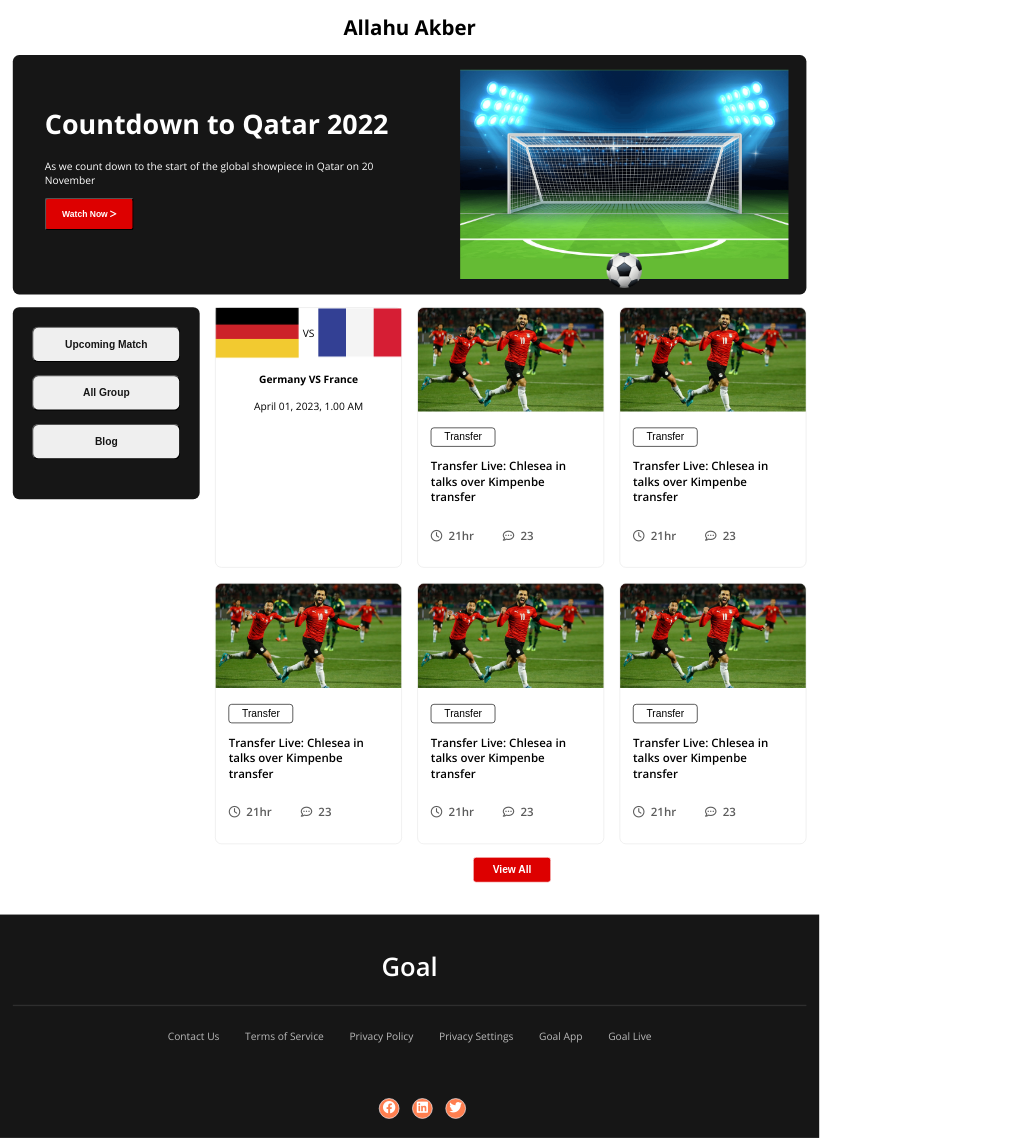
Repository: zjria/Qatar-world-cup
Page: match.html
These files come from the project's save history. The page is drawn as it stood at one moment and after the next save; the edit follows.
The browser window is 1280 px wide. The page is 1600 px wide, so the pictures cover 1600 px, including what lies to the right of the window. The pictures show the whole page, at 64% of full size.

Above is the page before, as saved 2022-09-10 10:09:02.

After the next save:
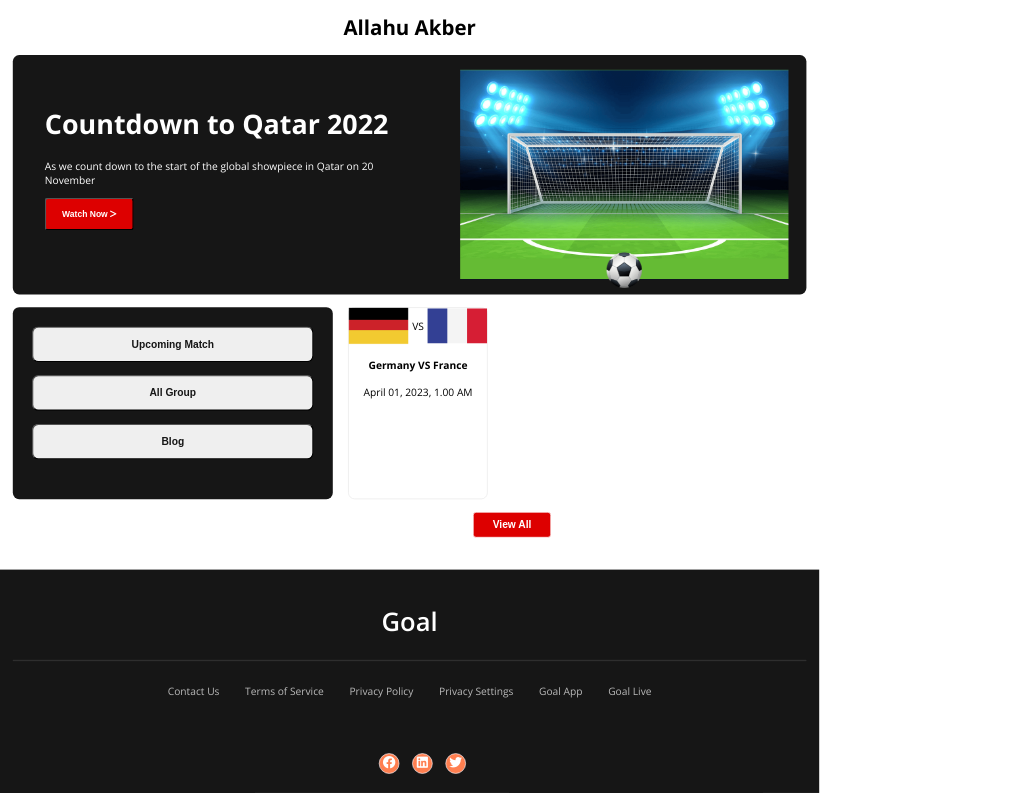
Saved 10 min 38 s later.
--- a/match.html
+++ b/match.html
@@ -58,6 +58,7 @@
 
         <!-- Main Section Start HTML  -->
         <main class="main-section">
+
             <div class="transfer">
                 <div class="match-vs">
                     <img src="images/germany Flag.png" alt=""> <span>VS</span>
@@ -67,64 +68,9 @@
                     <h4>Germany VS France </h4>
                     <p>April 01, 2023, 1.00 AM</p>
                 </div>
+            </div>
 
 
-            </div>
-            <div class="transfer">
-                <img src="images/Blog Image.png" alt=""> <br>
-                <div class="button-text">
-                    <button>Transfer</button>
-                    <p>Transfer Live: Chlesea in talks over Kimpenbe transfer</p>
-                    <div class="icons">
-                        <p><i class="fa-regular fa-clock"></i> <span>21hr</span></p>
-                        <p><i class="fa-regular fa-comment-dots"></i> <span> 23</span></p>
-                    </div>
-                </div>
-            </div>
-            <div class="transfer">
-                <img src="images/Blog Image.png" alt=""> <br>
-                <div class="button-text">
-                    <button>Transfer</button>
-                    <p>Transfer Live: Chlesea in talks over Kimpenbe transfer</p>
-                    <div class="icons">
-                        <p><i class="fa-regular fa-clock"></i> <span>21hr</span></p>
-                        <p><i class="fa-regular fa-comment-dots"></i> <span> 23</span></p>
-                    </div>
-                </div>
-            </div>
-            <div class="transfer">
-                <img src="images/Blog Image.png" alt=""> <br>
-                <div class="button-text">
-                    <button>Transfer</button>
-                    <p>Transfer Live: Chlesea in talks over Kimpenbe transfer</p>
-                    <div class="icons">
-                        <p><i class="fa-regular fa-clock"></i> <span>21hr</span></p>
-                        <p><i class="fa-regular fa-comment-dots"></i> <span> 23</span></p>
-                    </div>
-                </div>
-            </div>
-            <div class="transfer">
-                <img src="images/Blog Image.png" alt=""> <br>
-                <div class="button-text">
-                    <button>Transfer</button>
-                    <p>Transfer Live: Chlesea in talks over Kimpenbe transfer</p>
-                    <div class="icons">
-                        <p><i class="fa-regular fa-clock"></i> <span>21hr</span></p>
-                        <p><i class="fa-regular fa-comment-dots"></i> <span> 23</span></p>
-                    </div>
-                </div>
-            </div>
-            <div class="transfer">
-                <img src="images/Blog Image.png" alt=""> <br>
-                <div class="button-text">
-                    <button>Transfer</button>
-                    <p>Transfer Live: Chlesea in talks over Kimpenbe transfer</p>
-                    <div class="icons">
-                        <p><i class="fa-regular fa-clock"></i> <span>21hr</span></p>
-                        <p><i class="fa-regular fa-comment-dots"></i> <span> 23</span></p>
-                    </div>
-                </div>
-            </div>
         </main>
     </div>
 
